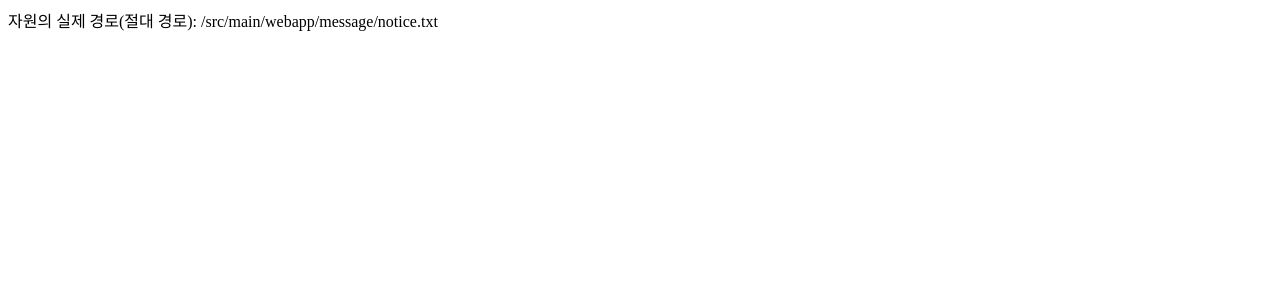
Repository: zhyuk/FullStackStudy
Page: http://localhost/jsptwo/10_02_application02.jsp
An editor plug-in stored every save of this project. The page is shown before and after the next save, followed by the edit.
The browser window is 1280 px wide. The pictures show the whole page.
The page is served by Tomcat 9. Other server files are loaded and not shown.

Above is the page before, as saved 2024-08-28 06:00:21.

### jsp/jspwork/jsptwo/src/main/webapp/10_02_application02.jsp
<%@ page language="java" contentType="text/html; charset=UTF-8"
    pageEncoding="UTF-8"%>
<%@ page import = "java.io.*, java.net.URL" %>
<!DOCTYPE html>
<html>
<head>
<meta charset="UTF-8">
<title>Insert title here</title>
</head>
<body>
	<% String resourcePath = "/message/notice.txt"; %>
	자원의 실제 경로(절대 경로): <%= application.getRealPath(resourcePath) %>
</body>
</html>

### jsp/jspwork/jsptwo/src/main/webapp/message/notice.txt
본 사이트는 예제 사이트입니다.<br>
이 내용은 <b>notice.txt</b>에 있습니다.

After the next save:
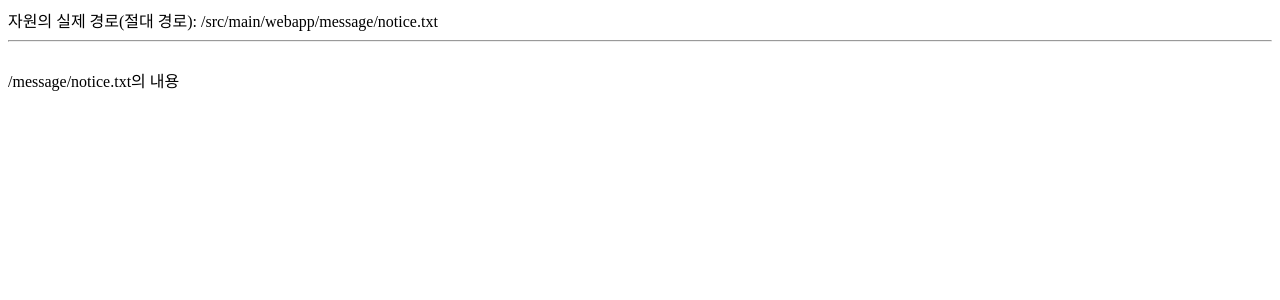
Saved 15 s later.
--- a/jsp/jspwork/jsptwo/src/main/webapp/10_02_application02.jsp
+++ b/jsp/jspwork/jsptwo/src/main/webapp/10_02_application02.jsp
@@ -10,5 +10,8 @@
 <body>
 	<% String resourcePath = "/message/notice.txt"; %>
 	자원의 실제 경로(절대 경로): <%= application.getRealPath(resourcePath) %>
+
+	<br><hr><br>
+	<%= resourcePath %>의 내용
 </body>
 </html>
